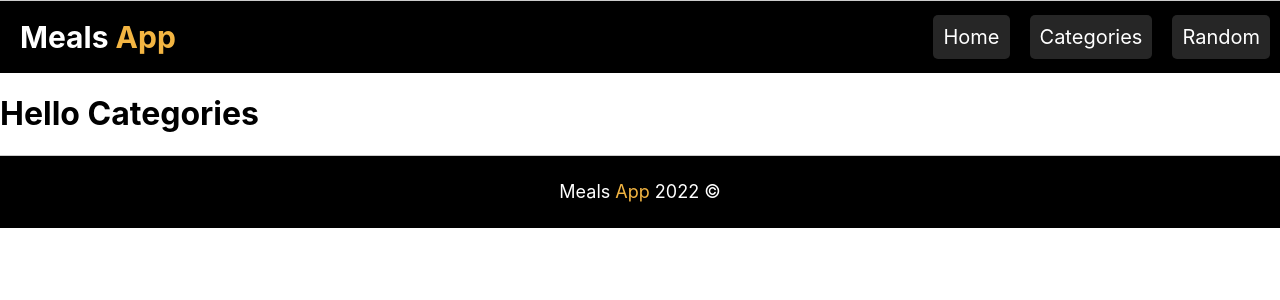
Repository: Shahriddinov/Meals
Page: /categories
The author's editor kept a copy of each file at every save. The page is drawn from the files as they stood at one save, then again after the next save.
The browser window is 1280 px wide. The pictures show the whole page.
The project was rebuilt for these pictures with package versions that can differ from the ones it lists, and the page was loaded fresh each time. Also part of the build but not shown: src/components/HomePage/HomePage.js, src/components/RandomMeal/RandomMeal.js.

Above is the page before, as saved 2022-03-21 16:58:28.

After the next save:
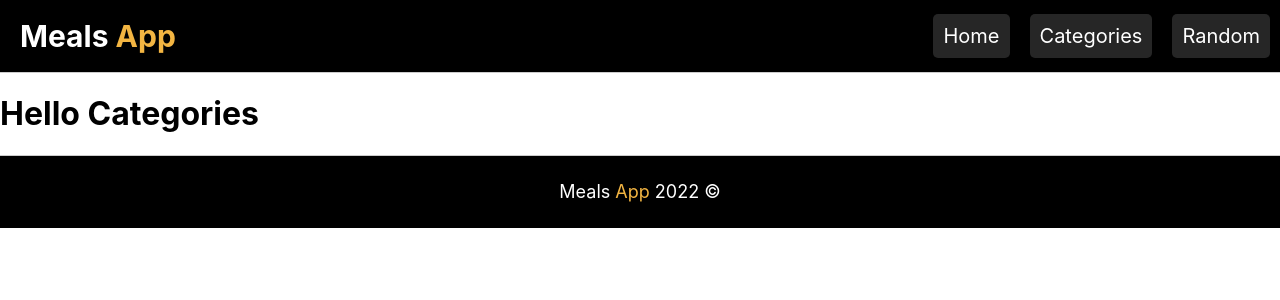
Saved 11 s later.
--- a/src/components/Navbar/Navbar.scss
+++ b/src/components/Navbar/Navbar.scss
@@ -15,7 +15,7 @@ body {
   align-items: center;
   justify-content: space-between;
   flex-direction: row;
-  border-top: 1px solid #ccc;
+  border-bottom: 1px solid #ccc;
   &-heading {
     h1 {
       margin-left: 20px;
